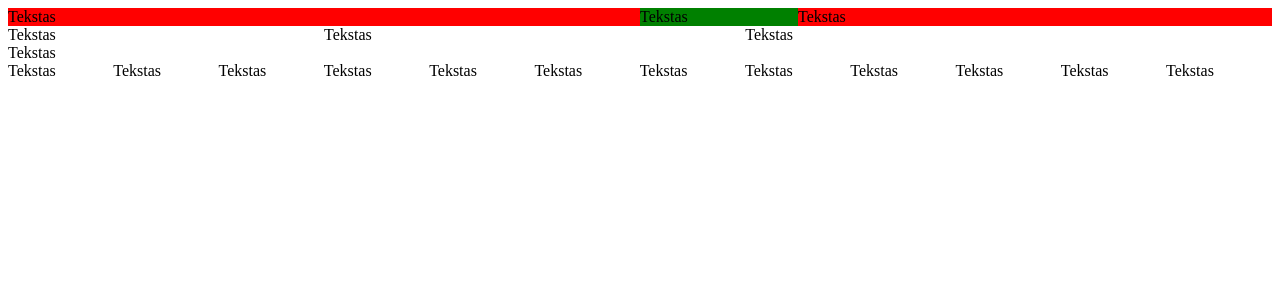
Repository: motiejus1/05-paskaita
Page: index.html
The author's editor kept a copy of each file at every save. The page is drawn from the files as they stood at one save, then again after a run of saves.
The browser window is 1280 px wide. The pictures show the whole page.

Above is the page before, as saved 2021-06-07 18:45:20.

After the next 2 saves:
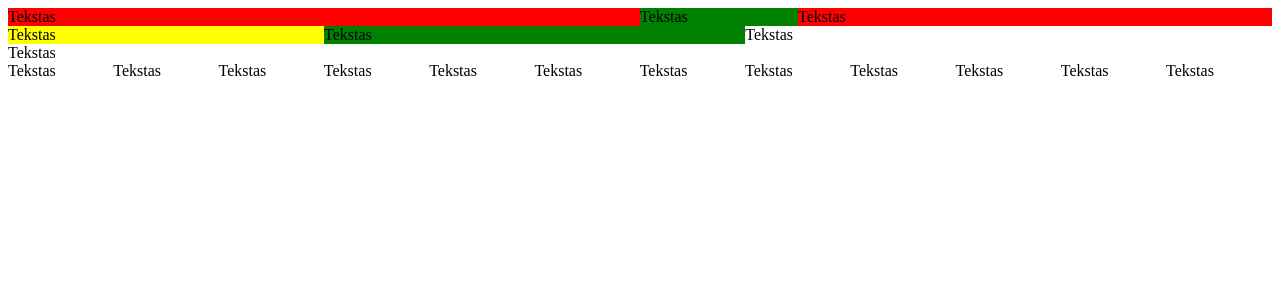
The 2 saves are shown as one change because they came seconds apart.
The last was saved 10 s later.
--- a/index.html
+++ b/index.html
@@ -89,8 +89,8 @@
     </div>
 
     <div class="row">
-        <div class="col-3 ">Tekstas</div>
-        <div class="col-4">Tekstas</div>
+        <div class="col-3 geltona">Tekstas</div>
+        <div class="col-4 zalia">Tekstas</div>
         <div class="col-5">Tekstas</div>
     </div>
 
